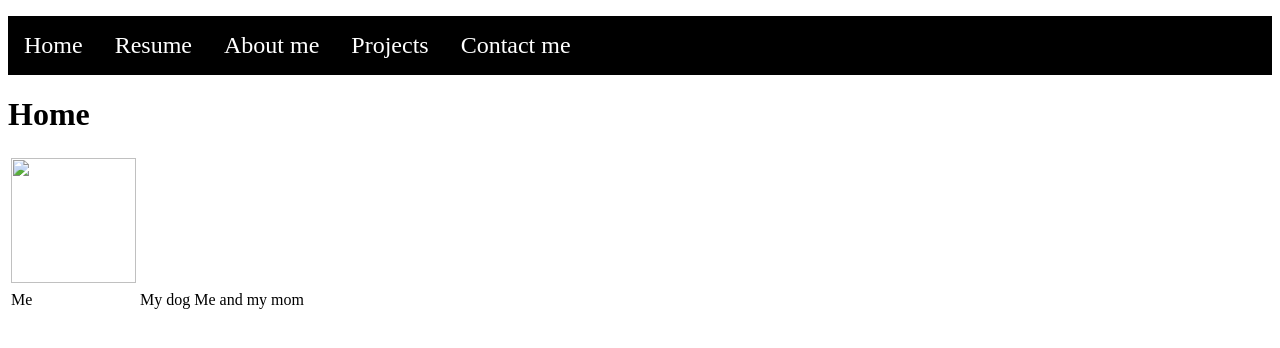
Repository: Dankusmemius/Dankusmemius.github.io
Page: index.html
The author's editor kept a record of every edit. The page is drawn from the files as they stood at one moment, then again after the next edit.
The browser window is 1280 px wide. The pictures show the whole page.

Above is the page before.

### index.html
<!DOCTYPE html>
<html>
  <head>
  <title>Home</title>
  <style>

    .navbar{
      list-style: none;
      background-color: black;
      overflow: hidden;
      padding: 0;
    }

    .navbar a, .dropdown div{
      text-decoration: none;
      color: white;
      font-size: 24px;
      padding: 16px;
      display: inline-block;
    }
    .navbar li{
      float: left;
    }

    .navbar li:hover{
      background-color: brown;
    }

    .dropdown-content{
      list-style: none;
      padding: 0;
      display: none;
      position: absolute;
      z-index: 1;
      background-color: black;
    }

    .dropdown-content li{
      float:none;
    }

    .dropdown:hover .dropdown-content{
      display: block;
    }

  </style>

  </head>
  <body>
    <ul class="navbar">
      <li class="active"><a href="/index.html">Home</a></li>
      <li><a href="resume.html">Resume</a></li>
      <li><a href="aboutme.html">About me</a></li>
      <li class = "dropdown">
        <div>Projects</div>
        <ul class="dropdown-content">
          <li><a href="textadventure.html">Text adventure</a></li>
          <li><a href="pythonproject.html">Python Project</a></li>
          <li><a href="project3.html">Project 3</a></li>
        </ul>
      </li>
      <li><a href="contactme.html">Contact me</a></li>
    </ul>
    <h1>Home</h1>
     <p>
       <table>
         <tr>
           <th><img src=">
           </th>
           <th><img src=></img></th>
           <th><img src="20190608_144546.jpg"
           height="125px" width="125px"></img></th>
         </tr>
         <tr>
           <td>Me</td>
           <td> My dog</td>
           <td>Me and my mom</td>
       </table>
     </p>


  </body>
</html>

### style.css
.navbar{
      list-style: none;
      background-color: black;
      overflow: hidden;
      padding: 0;
    }

    .navbar a, .dropdown div{
      text-decoration: none;
      color: white;
      font-size: 24px;
      padding: 16px;
      display: inline-block;
    }
    .navbar li{
      float: left;
    }

    .navbar li:hover{
      background-color: brown;
    }

    .dropdown-content{
      list-style: none;
      padding: 0;
      display: none;
      position: absolute;
      z-index: 1;
      background-color: black;
    }

    .dropdown-content li{
      float:none;
    }

    .dropdown:hover .dropdown-content{
      display: block;
    }
    .active{
        background-color:blue;
    }

     .p{
       font-size: 30px;
     }

After the next edit:
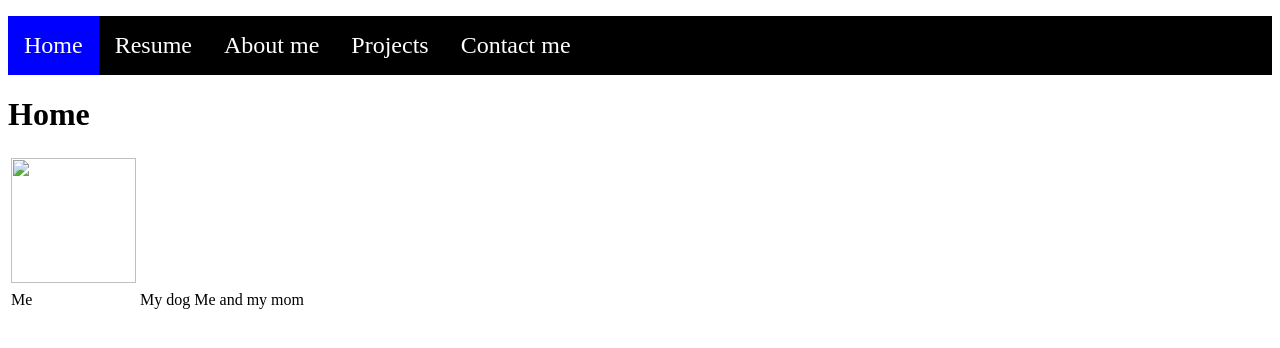
The edit:
--- a/index.html
+++ b/index.html
@@ -2,48 +2,7 @@
 <html>
   <head>
   <title>Home</title>
-  <style>
-
-    .navbar{
-      list-style: none;
-      background-color: black;
-      overflow: hidden;
-      padding: 0;
-    }
-
-    .navbar a, .dropdown div{
-      text-decoration: none;
-      color: white;
-      font-size: 24px;
-      padding: 16px;
-      display: inline-block;
-    }
-    .navbar li{
-      float: left;
-    }
-
-    .navbar li:hover{
-      background-color: brown;
-    }
-
-    .dropdown-content{
-      list-style: none;
-      padding: 0;
-      display: none;
-      position: absolute;
-      z-index: 1;
-      background-color: black;
-    }
-
-    .dropdown-content li{
-      float:none;
-    }
-
-    .dropdown:hover .dropdown-content{
-      display: block;
-    }
-
-  </style>
+  <link rel="stylesheet" type="text/css" href="style.css">
 
   </head>
   <body>
